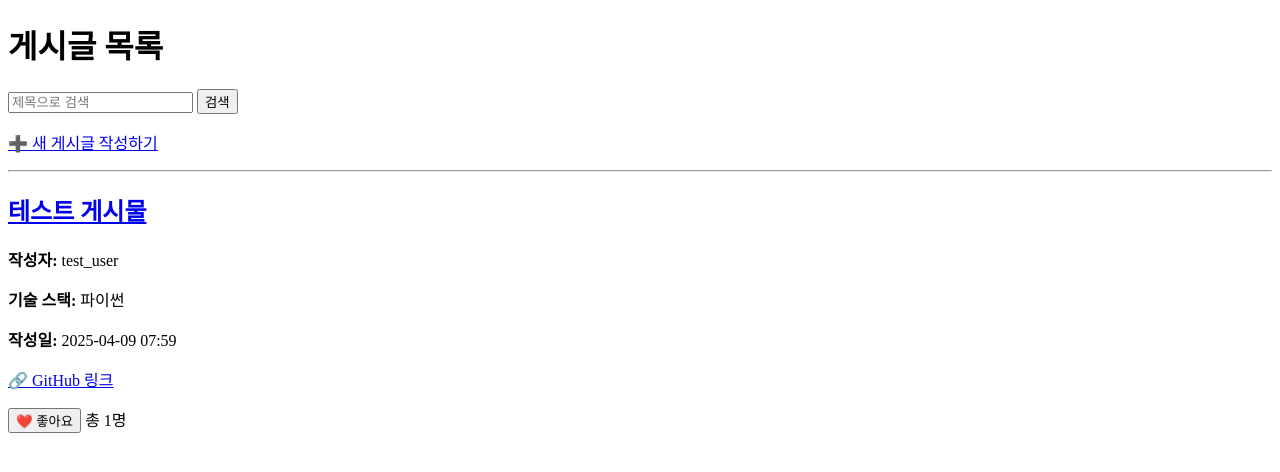
Repository: SSWU-LIKELION-13TH-BE/Django_KimGaYoon
Page: http://localhost/board/
The author's editor kept a copy of each file at every save. The page is drawn from the files as they stood at one save, then again after the next save.
The browser window is 1280 px wide. The pictures show the whole page.
The page is served by the project's application, run on Django 5.2 (manage.py). Other server files are loaded and not shown. The page reads the database file committed with the project.

Above is the page before, as saved 2025-04-30 22:56:32.

### board/templates/board/post_list.html
<!DOCTYPE html>
<html lang="ko">
<head>
    <meta charset="UTF-8">
    <title>게시글 목록</title>
</head>
<body>
    <h1>게시글 목록</h1>

    <form method="get" action="{% url 'post_list' %}">
        <input type="text" name="q" placeholder="제목으로 검색" value="{{ request.GET.q }}">
        <button type="submit">검색</button>
    </form>


    <p><a href="{% url 'post_create' %}">➕ 새 게시글 작성하기</a></p>

    {% for post in posts %}
        <hr>
        <h2><a href="{% url 'post_detail' post.id %}">{{ post.title }}</a></h2>
        <p><strong>작성자:</strong> {{ post.author.nickname }}</p>
        <p><strong>기술 스택:</strong> {{ post.tech_stack }}</p>
        <p><strong>작성일:</strong> {{ post.created_at|date:"Y-m-d H:i" }}</p>

        {% if post.github_url %}
            <p><a href="{{ post.github_url }}" target="_blank">🔗 GitHub 링크</a></p>
        {% else %}
            <p>GitHub 링크 없음</p>
        {% endif %}

        {% if post.image %}
            <p><img src="{{ post.image.url }}" alt="첨부 이미지" width="200"></p>
        {% endif %}

        <form action="{% url 'toggle_like' post.id %}" method="POST">
            {% csrf_token %}
            {% if user in post.likes.all %}
                <button type="submit">💔 좋아요 취소</button>
            {% else %}
                <button type="submit">❤️ 좋아요</button>
            {% endif %}
            <span>총 {{ post.likes.count }}명</span>
        </form>

        {% if user == post.author %}
            <p>
                <a href="{% url 'post_edit' post.id %}">수정</a> |
                <a href="{% url 'post_delete' post.id %}">삭제</a>
            </p>
        {% endif %}
    {% empty %}
        <p>게시글이 없습니다.</p>
    {% endfor %}
</body>
</html>

### board/models.py
from django.db import models
from django.conf import settings
from django.contrib.auth import get_user_model
from django.contrib.auth.models import User
from django.utils import timezone

class Post(models.Model):
    author = models.ForeignKey(settings.AUTH_USER_MODEL, on_delete=models.CASCADE)
    title = models.CharField(max_length=100)
    content = models.TextField()
    image = models.ImageField(upload_to='post_images/', blank=True, null=True)
    tech_stack = models.CharField(max_length=100)
    github_url = models.URLField(blank=True)
    created_at = models.DateTimeField(auto_now_add=True)

    likes = models.ManyToManyField(get_user_model(), related_name='liked_posts', blank=True)

    def __str__(self):
        return self.title

class Comment(models.Model):
    post = models.ForeignKey('Post', related_name='comments', on_delete=models.CASCADE)
    author = models.ForeignKey(settings.AUTH_USER_MODEL, on_delete=models.CASCADE)
    content = models.TextField()
    created_at = models.DateTimeField(default=timezone.now)
    updated_at = models.DateTimeField(auto_now=True)
    parent = models.ForeignKey('self', null=True, blank=True, related_name='replies', on_delete=models.CASCADE)

    def __str__(self):
        return f"{self.author.username}의 댓글"

    def like_count(self):
        return self.likes.count()

    def is_liked_by(self, user):
        return self.likes.filter(user=user).exists()


    class Meta:
        ordering = ['created_at']

class CommentLike(models.Model):
    comment = models.ForeignKey(Comment, related_name='likes', on_delete=models.CASCADE)
    user = models.ForeignKey(settings.AUTH_USER_MODEL, on_delete=models.CASCADE)

    class Meta:
        unique_together = ('comment', 'user')

    def __str__(self):
        return f"{self.user.username} → {self.comment}"

### board/views.py
from django.shortcuts import render, redirect, get_object_or_404
from .forms import PostForm, CommentForm
from django.contrib.auth.decorators import login_required
from .models import Post, Comment, CommentLike
from django.http import HttpResponseRedirect, JsonResponse
from django.urls import reverse
from django.views.decorators.http import require_POST

@login_required(login_url='/user/login/')
def post_create(request):
    if request.method == 'POST':
        form = PostForm(request.POST, request.FILES)
        if form.is_valid():
            post = form.save(commit=False)
            post.author = request.user
            post.save()
            return redirect('post_list')

    else:
        form = PostForm()
    return render(request, 'board/post_create.html', {'form': form})

def post_list(request):
    query = request.GET.get('q')

    if query:
        posts = Post.objects.filter(title__icontains=query)
    else:
        posts = Post.objects.all()

    posts = posts.order_by('-created_at')  # 여기서 정렬만 해줘야 함

    return render(request, 'board/post_list.html', {'posts': posts})

@login_required(login_url='/user/login/?next=/board/')
def toggle_like(request, post_id):
    post = get_object_or_404(Post, id=post_id)

    if request.user in post.likes.all():
        post.likes.remove(request.user)
    else:
        post.likes.add(request.user)

    return HttpResponseRedirect(reverse('post_list'))

def post_detail(request, post_id):
    post = get_object_or_404(Post, id=post_id)
    comments = post.comments.filter(parent = None)

    if request.method == 'POST':
        parent_id = request.POST.get('parent')
        comment_form = CommentForm(request.POST)

        if comment_form.is_valid():
            comment = comment_form.save(commit = False)
            comment.post = post
            comment.author = request.user
            comment.save()

            if parent_id:
                try:
                    parent_comment = Comment.objects.get(id=parent_id)
                    comment.parent = parent_comment
                except Comment.DoesNotExist:
                    pass

            comment.save()
            return redirect('post_detail', post_id = post.id)

    else:
        comment_form = CommentForm()

    return render(request, 'board/post_detail.html', {
        'post': post,
        'comments': comments,
        'comment_form': comment_form
    })

@login_required(login_url='/user/login/')
def post_edit(request, post_id):
    post = get_object_or_404(Post, id=post_id)
    if request.user != post.author:
        return redirect('post_detail', post_id=post.id)

    if request.method == 'POST':
        form = PostForm(request.POST, request.FILES, instance=post)
        if form.is_valid():
            form.save()
            return redirect('post_detail', post_id=post.id)
    else:
        form = PostForm(instance=post)

    return render(request, 'board/post_edit.html', {'form': form})

@login_required(login_url='/user/login/')
def post_delete(request, post_id):
    post = get_object_or_404(Post, id=post_id)
    if request.user != post.author:
        return redirect('post_detail', post_id=post.id)

    if request.method == 'POST':
        post.delete()
        return redirect('post_list')

    return render(request, 'board/post_delete.html', {'post': post})

@login_required(login_url='/user/login/')
def comment_delete(request, comment_id):
    comment = get_object_or_404(Comment, id=comment_id)
    post_id = comment.post.id

    if request.user == comment.author:
        comment.delete()
    return redirect('post_detail', post_id=post_id)

@require_POST
@login_required(login_url='/user/login/')
def toggle_comment_like(request):
    comment_id = request.POST.get('comment_id')
    comment = get_object_or_404(Comment, id=comment_id)
    user = request.user

    like, created = CommentLike.objects.get_or_create(comment=comment, user=user)

    if not created:
        like.delete()
        liked = False
    else:
        liked = True

    return JsonResponse({
        'liked': liked,
        'like_count': comment.like_count()
    })

### user/models.py
from django.contrib.auth.models import AbstractUser, Group, Permission
from django.db import models

# Create your models here.
class CustomUser(AbstractUser):
    # add additional fields in here
    phone_number = models.CharField(max_length=15, blank=True, null=True)
    nickname = models.CharField(max_length=30, blank=True, null=True)

    groups= models.ManyToManyField(Group, related_name="customuser_set", blank=True)
    user_permissions = models.ManyToManyField(Permission, related_name="customuser_permissions_set", blank=True)
    pass

### myproject/urls.py
"""
URL configuration for myproject project.

The `urlpatterns` list routes URLs to views. For more information please see:
    https://docs.djangoproject.com/en/5.1/topics/http/urls/
Examples:
Function views
    1. Add an import:  from my_app import views
    2. Add a URL to urlpatterns:  path('', views.home, name='home')
Class-based views
    1. Add an import:  from other_app.views import Home
    2. Add a URL to urlpatterns:  path('', Home.as_view(), name='home')
Including another URLconf
    1. Import the include() function: from django.urls import include, path
    2. Add a URL to urlpatterns:  path('blog/', include('blog.urls'))
"""

from django.contrib import admin
from django.urls import path, include

def redirect_to_home(request):
    return redirect('home')

urlpatterns = [
    path('user/', include('user.urls')),
    path('home/', include('user.urls')),
    path('admin/', admin.site.urls),
    path('', redirect_to_home),
    path('board/', include('board.urls')),
]

### user/urls.py
from django.contrib import admin
from django.urls import include, path
from django.urls import path
from .views import signup_view, login_view, logout_view, home_view, password_reset_view
from django.contrib.auth import views as auth_views

urlpatterns = [
    path('signup/', signup_view, name='signup'),
    path('login/', login_view, name='login'),
    path('logout/', logout_view, name='logout'),
    path('home/', home_view, name='home'),
    path('password-reset/', password_reset_view, name='password_reset'),

    #path('password_reset/', auth_views.PasswordResetView.as_view(), name='password_reset'),
    #path('password_reset/done/', auth_views.PasswordResetDoneView.as_view(), name='password_reset_done'),
    #path('reset/<uidb64>/<token>/', auth_views.PasswordResetConfirmView.as_view(), name='password_reset_confirm'),
    #path('reset/done/', auth_views.PasswordResetCompleteView.as_view(), name='password_reset_complete'),
    #path('admin/', admin.site.urls),  # admin 네임스페이스 등록

]

### board/urls.py
from django.urls import path
from .views import post_create, post_list, toggle_like
from . import views

urlpatterns = [
    path('', post_list, name='post_list'),
    path('create/', post_create, name='post_create'),
    path('like/<int:post_id>/', toggle_like, name='toggle_like'),
    path('<int:post_id>/', views.post_detail, name='post_detail'),
    path('<int:post_id>/edit/', views.post_edit, name='post_edit'),
    path('<int:post_id>/delete/', views.post_delete, name='post_delete'),
    path('comment/<int:comment_id>/delete/', views.comment_delete, name='comment_delete'),
    path('comment/like/', views.toggle_comment_like, name='toggle_comment_like'),
]

### db.sqlite3 (the tables this page reads, as SQL)
CREATE TABLE "board_post" ("id" integer NOT NULL PRIMARY KEY AUTOINCREMENT, "title" varchar(100) NOT NULL, "content" text NOT NULL, "image" varchar(100) NULL, "tech_stack" varchar(100) NOT NULL, "github_url" varchar(200) NOT NULL, "created_at" datetime NOT NULL, "author_id" bigint NOT NULL REFERENCES "user_customuser" ("id") DEFERRABLE INITIALLY DEFERRED);
INSERT INTO "board_post" VALUES
(4, '테스트 게시물', '테스트 게시물~~~~', '', '파이썬', 'https://testgithuburl.com', '2025-04-09 07:59:06.584479', 3);

CREATE TABLE "board_post_likes" ("id" integer NOT NULL PRIMARY KEY AUTOINCREMENT, "post_id" bigint NOT NULL REFERENCES "board_post" ("id") DEFERRABLE INITIALLY DEFERRED, "customuser_id" bigint NOT NULL REFERENCES "user_customuser" ("id") DEFERRABLE INITIALLY DEFERRED);
INSERT INTO "board_post_likes" VALUES
(1, 4, 3);

CREATE TABLE "user_customuser" ("id" integer NOT NULL PRIMARY KEY AUTOINCREMENT, "password" varchar(128) NOT NULL, "last_login" datetime NULL, "is_superuser" bool NOT NULL, "username" varchar(150) NOT NULL UNIQUE, "first_name" varchar(150) NOT NULL, "last_name" varchar(150) NOT NULL, "email" varchar(254) NOT NULL, "is_staff" bool NOT NULL, "is_active" bool NOT NULL, "date_joined" datetime NOT NULL, "phone_number" varchar(15) NULL, "nickname" varchar(30) NULL);
INSERT INTO "user_customuser" VALUES
(1, 'pbkdf2_sha256$870000$c953r1fSQgAucQ3LcMy3Yl$fHliJga1fEQVjiTHOIqHpOZ+8/T74ndxsVdrj8QGlp8=', '2025-04-09 07:54:32.147753', 0, 'kayoonkim', '', '', '1234@naver.com', 0, 1, '2025-03-31 07:44:44.557583', '010-1234-1234', NULL),
(2, 'pbkdf2_sha256$870000$TNV0vtA7EXRbEChvn3Q6CN$kKjw9kX2CoWQlQIbsTzHtsQSmf9ZLIAxUzXK2QWo2IQ=', '2025-04-04 13:26:07.583682', 0, 'jacy', '', '', '20221188@sungshin.ac.kr', 0, 1, '2025-04-04 12:26:18.644352', '010-1234-1234', 'meme'),
(3, 'pbkdf2_sha256$870000$wYI68wmkGGN8WJguAZZKjO$k2GZmCUmS0lVa8+zkjEBiO5zamhgkR9JLVZrOcyB5m8=', '2025-04-09 07:58:41.559087', 0, 'test', '', '', 'test@naver.com', 0, 1, '2025-04-09 07:58:01.974804', '010-1234-1234', 'test_user');

After the next save:
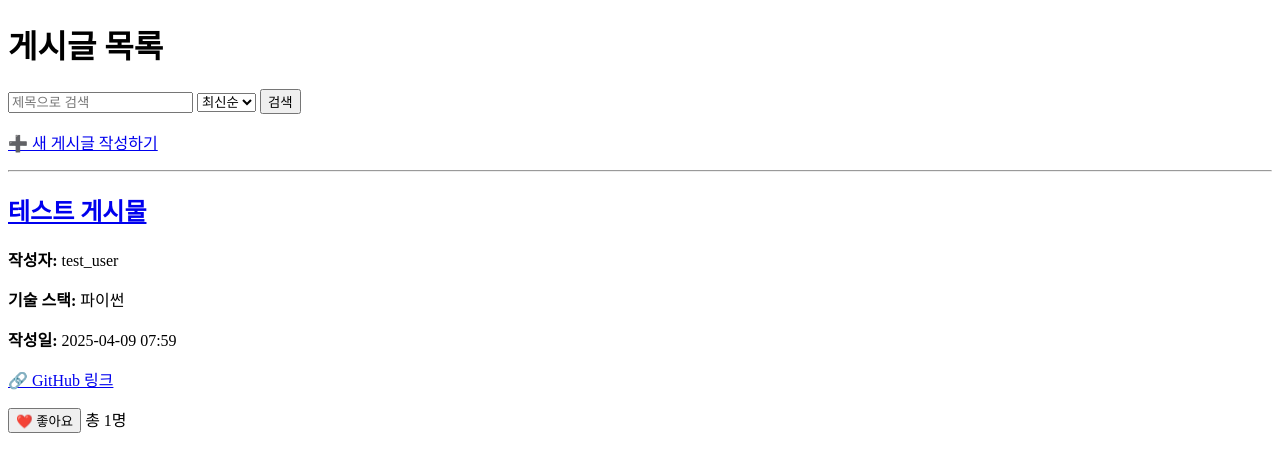
Saved 44 min 44 s later.
--- a/board/templates/board/post_list.html
+++ b/board/templates/board/post_list.html
@@ -9,6 +9,12 @@
 
     <form method="get" action="{% url 'post_list' %}">
         <input type="text" name="q" placeholder="제목으로 검색" value="{{ request.GET.q }}">
+
+        <select name="sort">
+            <option value="latest" {% if request.GET.sort == 'latest' or not request.GET.sort %}selected{% endif %}>최신순</option>
+            <option value="popular" {% if request.GET.sort == 'popular' %}selected{% endif %}>인기순</option>
+        </select>
+
         <button type="submit">검색</button>
     </form>
 
